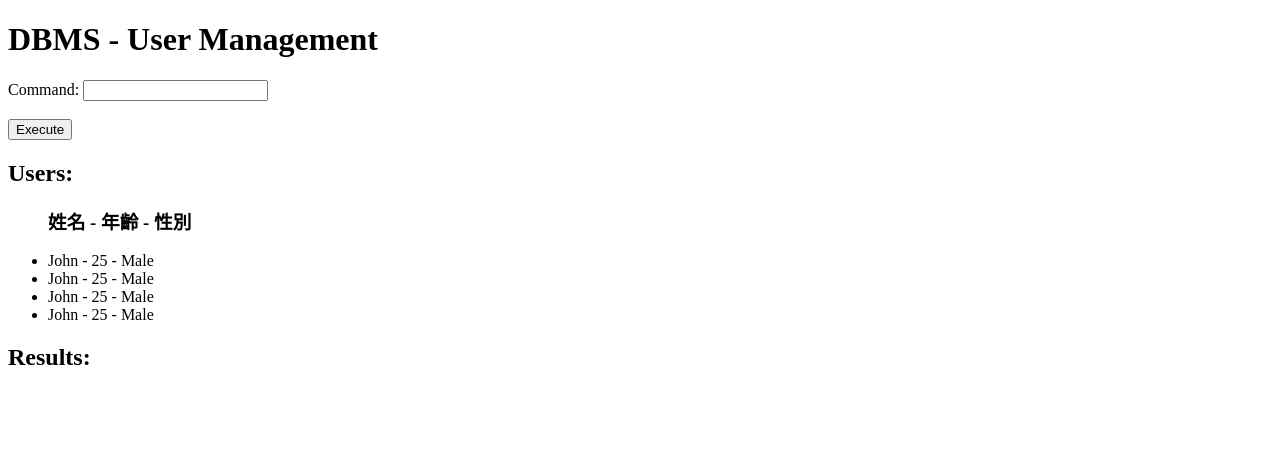
Repository: mark6969/DBMS-use-python
Page: http://localhost/
An editor plug-in stored every save of this project. The page is shown before and after the next save, followed by the edit.
The browser window is 1280 px wide. The pictures show the whole page.
The page is served by the project's application, run on Flask 3 (run.py).

Above is the page before, as saved 2023-05-19 11:42:08.

### mydatabase.csv
name,age,sex
John,25,Male
John,25,Male
John,25,Male
John,25,Male

### templates/index.html
<!DOCTYPE html>
<html>
<head>
    <title>DBMS</title>
</head>
<body>
    <h1>DBMS - User Management</h1>
    <form method="POST" action="/">
        <label for="command">Command:</label>
        <input type="text" name="command" id="command" required>
        <br><br>
        <input type="submit" value="Execute">
    </form>

    <h2>Users:</h2>
    <ul>
        <h3>姓名 - 年齡 - 性別</h3>
        {% for user in users %}
        <li>{{ user.name }} - {{ user.age }} - {{ user.sex }}</li>
        {% endfor %}
    </ul>

    <h2>Results:</h2>
    <ul>
        {% for result in results %}
        <li>{{ result }}</li>
        {% endfor %}
    </ul>
</body>
</html>

### run.py
from flask import Flask, render_template, request
import re
import csv

app = Flask(__name__)

# CSV文件路徑
DATABASE = 'mydatabase.csv'


def get_all_users():
    users = []
    with open('mydatabase.csv', 'r') as file:
        reader = csv.DictReader(file)
        for row in reader:
            user = {
                'name': row['name'],
                'age': row['age'],
                'sex': row['sex']
            }
            users.append(user)
    return users



def add_user(name, age, sex):
    with open(DATABASE, 'a', newline='') as file:
        fieldnames = ['name', 'age', 'sex']
        writer = csv.DictWriter(file, fieldnames=fieldnames)
        writer.writerow({'name': name, 'age': age, 'sex': sex})


def execute_query(query):
    if query.startswith('SELECT'):
        _, column, _, table = query.split()
        return select_data(column, table)
    elif query.startswith('DELETE'):
        _, _, table, _, condition_column, _, condition_value = query.split()
        delete_data(table, condition_column, condition_value)
        return ['Data deleted successfully.']
    elif query.startswith('INSERT'):
        values = re.findall(r'\((.*?)\)', query)[0]
        values_list = [value.strip() for value in values.split(',')]
        add_user(*values_list)
        return ['Data inserted successfully.']
    else:
        return ['Invalid query. Please check your input.']


def select_data(column, table):
    data = []
    with open(DATABASE, 'r') as file:
        reader = csv.DictReader(file)
        for row in reader:
            if column == '*':
                data.append(row)
            elif column in row:
                data.append({column: row[column]})
    return data


def delete_data(table, condition_column, condition_value):
    with open(DATABASE, 'r') as file:
        reader = csv.DictReader(file)
        rows = list(reader)

    filtered_rows = [row for row in rows if row.get(condition_column) == condition_value]

    with open(DATABASE, 'w', newline='') as file:
        fieldnames = rows[0].keys()
        writer = csv.DictWriter(file, fieldnames=fieldnames)
        writer.writeheader()
        writer.writerows(filtered_rows)


@app.route('/', methods=['GET', 'POST'])
def index():
    if request.method == 'POST':
        command = request.form['command']
        results = execute_query(command)
    else:
        results = []

    users = get_all_users()
    print("users")
    print(users)
    print("results")
    print(results)
    return render_template('index.html', users=users, results=results)


if __name__ == '__main__':
    app.run(debug=True)

After the next save:
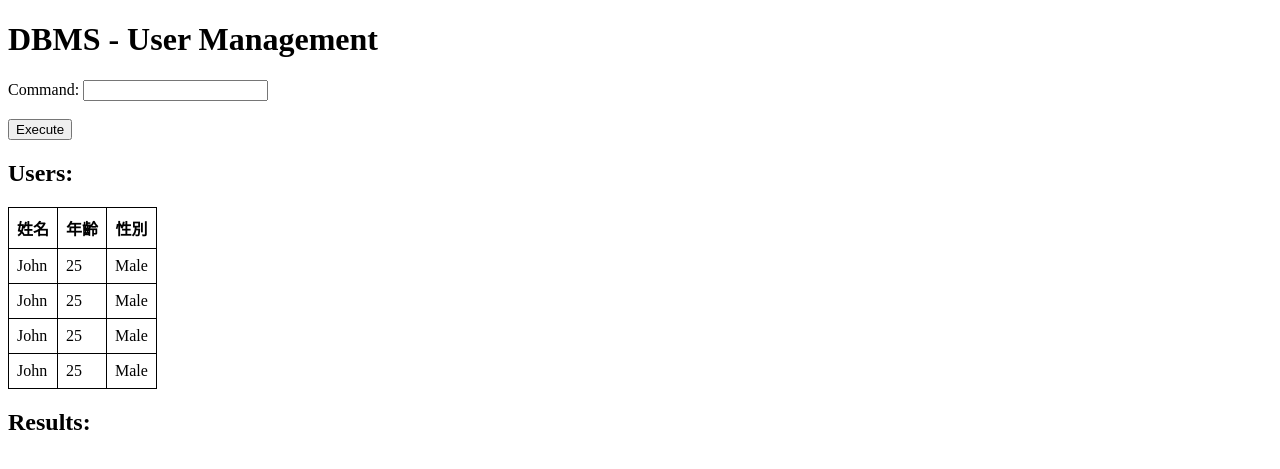
Saved 52 s later.
--- a/templates/index.html
+++ b/templates/index.html
@@ -2,6 +2,15 @@
 <html>
 <head>
     <title>DBMS</title>
+    <style>
+        table {
+            border-collapse: collapse;
+        }
+        th, td {
+            border: 1px solid black;
+            padding: 8px;
+        }
+    </style>
 </head>
 <body>
     <h1>DBMS - User Management</h1>
@@ -13,12 +22,20 @@
     </form>
 
     <h2>Users:</h2>
-    <ul>
-        <h3>姓名 - 年齡 - 性別</h3>
+    <table>
+        <tr>
+            <th>姓名</th>
+            <th>年齡</th>
+            <th>性別</th>
+        </tr>
         {% for user in users %}
-        <li>{{ user.name }} - {{ user.age }} - {{ user.sex }}</li>
+        <tr>
+            <td>{{ user.name }}</td>
+            <td>{{ user.age }}</td>
+            <td>{{ user.sex }}</td>
+        </tr>
         {% endfor %}
-    </ul>
+    </table>
 
     <h2>Results:</h2>
     <ul>
